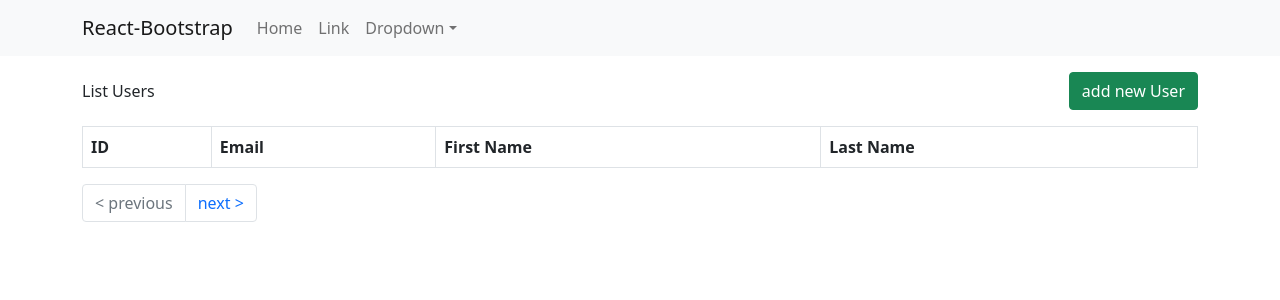
Repository: hieuche123/practice-reactjs
Page: /
The author's editor kept a copy of each file at every save. The page is drawn from the files as they stood at one save, then again after the next save.
The browser window is 1280 px wide. The pictures show the whole page.
The page's requests for data from a server got no answer. The project was rebuilt for these pictures with package versions that can differ from the ones it lists, and the page was loaded fresh each time. No one was signed in, and anything a server would have sent is missing.

Above is the page before, as saved 2023-03-21 22:44:19.

### src/index.js
import React from 'react';
import ReactDOM from 'react-dom';
import App from './App';
import 'bootstrap/dist/css/bootstrap.min.css';
import 'react-toastify/dist/ReactToastify.css';

ReactDOM.render(
  <React.StrictMode>
    <App />
  </React.StrictMode>,
  document.getElementById('root')
);

// If you want to start measuring performance in your app, pass a function
// to log results (for example: reportWebVitals(console.log))
// or send to an analytics endpoint. Learn more: https://bit.ly/CRA-vitals

### src/App.js
import React, { useState } from 'react';
import { Container } from 'react-bootstrap';
import './App.scss';
import Header from './components/Header';
import TableUsers from './components/TableUsers';
import { ToastContainer } from 'react-toastify';

function App() {

  const handleShow = () => setShowModalAddNew(true);
  return (
    <>
      <div className="app-container">
        <Header/>
        <Container>
          <div className='add-new my-3'>
           <span> List Users</span>
            <button className='btn btn-success' onClick={handleShow}>add new User</button>
          </div>
          <TableUsers/>
        </Container>


      </div>
      <ToastContainer
        position="top-right"
        autoClose={5000}
        hideProgressBar={false}
        newestOnTop={false}
        closeOnClick
        rtl={false}
        pauseOnFocusLoss
        draggable
        pauseOnHover
        theme="light"
        />
        {/* Same as */}
      <ToastContainer />
    </>
  );
}

export default App;

### src/App.scss
body {
  margin: 0;
  font-family: -apple-system, BlinkMacSystemFont, 'Segoe UI', 'Roboto', 'Oxygen',
    'Ubuntu', 'Cantarell', 'Fira Sans', 'Droid Sans', 'Helvetica Neue',
    sans-serif;
  -webkit-font-smoothing: antialiased;
  -moz-osx-font-smoothing: grayscale;
}

code {
  font-family: source-code-pro, Menlo, Monaco, Consolas, 'Courier New',
    monospace;
}

.add-new {
  display: flex;
  align-items: center;
  justify-content: space-between;
}

### src/components/Header.js
import Container from 'react-bootstrap/Container';
import Nav from 'react-bootstrap/Nav';
import Navbar from 'react-bootstrap/Navbar';
import NavDropdown from 'react-bootstrap/NavDropdown';
function Header() {
    return (
        <>
            <Navbar bg="light" expand="lg">
                <Container>
                    <Navbar.Brand href="#home">React-Bootstrap</Navbar.Brand>
                    <Navbar.Toggle aria-controls="basic-navbar-nav" />
                    <Navbar.Collapse id="basic-navbar-nav">
                    <Nav className="me-auto">
                        <Nav.Link href="#home">Home</Nav.Link>
                        <Nav.Link href="#link">Link</Nav.Link>
                        <NavDropdown title="Dropdown" id="basic-nav-dropdown">
                        <NavDropdown.Item href="#action/3.1">Action</NavDropdown.Item>
                        <NavDropdown.Item href="#action/3.2">
                            Another action
                        </NavDropdown.Item>
                        <NavDropdown.Item href="#action/3.3">Something</NavDropdown.Item>
                        <NavDropdown.Divider />
                        <NavDropdown.Item href="#action/3.4">
                            Separated link
                        </NavDropdown.Item>
                        </NavDropdown>
                    </Nav>
                    </Navbar.Collapse>
                </Container>
            </Navbar>
        </>
    );
}

export default Header;

### src/components/TableUsers.js
import axios from 'axios';
import { useEffect, useState } from 'react';
import ModalAddNew from './ModalAddNew';
import Table from 'react-bootstrap/Table';
import {fetchAllUser} from '../sevices/UserSevice'
import ReactPaginate from 'react-paginate';
function TableUsers(props) {
    const [listUsers, setListUsers] = useState([]);
    const [totalUsers, setTotalUsers] = useState(0);
    const [totalPages, setTotalPages] = useState(0);
    const [showModalAddNew, setShowModalAddNew] = useState(false);
    const handleClose = () => setShowModalAddNew(false);

    useEffect(()=> {
        getUsers(1);
    },[])

    const getUsers = async(page) => {
        let res = await fetchAllUser(page);
        if(res && res.data) {
            setListUsers(res.data);
            setTotalUsers(res.total);
            setTotalPages(res.total_pages);
            console.log(res.data)
        }
        console.log(res)
    }

    const handlePageClick = (event) => {
        getUsers(+event.selected + 1);

      };

    return (
        <>
            <Table striped bordered hover>
                <thead>
                    <tr>
                    <th>ID</th>
                    <th>Email</th>
                    <th>First Name</th>
                    <th>Last Name</th>
                    </tr>
                </thead>
                <tbody>
                    {listUsers && listUsers.length > 0 &&
                        listUsers.map((item, index) => {
                            return (
                                <tr key={item.id}>
                                    <th>{item.id}</th>
                                    <th>{item.email}</th>
                                    <th>{item.first_name}</th>
                                    <th>{item.last_name}</th>
                                </tr>
                            )
                        })

                    }
                </tbody>
            </Table>
            <ReactPaginate
                breakLabel="..."
                nextLabel="next >"
                onPageChange={handlePageClick}
                pageRangeDisplayed={5}
                pageCount={totalPages}
                previousLabel="< previous"

                pageClassName='page-item'
                pageLinkClassName='page-link'
                previousClassName='page-item'
                previousLinkClassName='page-link'
                nextClassName='page-item'
                nextLinkClassName='page-link'
                breakClassName='page-item'
                breakLinkClassName='page-link'
                containerClassName='pagination'
                activeClassName='active'
            />

            <ModalAddNew
                show={showModalAddNew}
                handleClose={handleClose}
            />


        </>
    );
}

export default TableUsers;

### src/components/ModalAddNew.js
import Button from 'react-bootstrap/Button';
import Modal from 'react-bootstrap/Modal';
import { toast } from 'react-toastify';
import { useState } from 'react';
import { postCreateUser } from '../sevices/UserSevice';
function ModalAddNew(props) {
  const {show, handleClose, handleShow} = props
  const [name, setName] = useState('');
  const [job, setJob] = useState('');

  const handleSaveUser = async() => {
    let res = await postCreateUser(name, job)

    if(res && res.id) {
      //success
      handleClose();
      setName('');
      setJob('');
      toast.success("a user is created success!");

    }else {

    }
  }


  return (
    <>
      <Modal show={show} onHide={handleClose}>
        <Modal.Header closeButton>
          <Modal.Title>Add new user</Modal.Title>
        </Modal.Header>
        <Modal.Body>
          <div className='body-add-new'>
            <div className="mb-3">
              <label className='form-lable'>Name</label>
              <input  className='form-control' type="text"value={name} onChange={(e)=>{setName(e.target.value)}} placeholder="Enter email" />
            </div>

            <div className="mb-3">
              <label className='form-lable'>Job</label>
              <input className='form-control' type="text"value={job} onChange={(e)=>{setJob(e.target.value)}} placeholder="Enter email" />
            </div>
          </div>
        </Modal.Body>
        <Modal.Footer>
          <Button variant="secondary" onClick={handleClose}>
            Close
          </Button>
          <Button variant="primary" onClick={()=> {handleSaveUser()}}>
            Save Changes
          </Button>
        </Modal.Footer>
      </Modal>
    </>
  );
}

export default ModalAddNew;

### src/sevices/UserSevice.js
import axios from './CustomizeAxios';

const fetchAllUser = (page) => {
    return axios.get(`/api/users?page=${page}`)
}

const postCreateUser = (name, job) => {
    return axios.post(`/api/users`,{name: name, job: job})
}



export {fetchAllUser, postCreateUser};

### src/sevices/CustomizeAxios.js
import axios from "axios";

const instance = axios.create({
    baseURL: 'https://reqres.in'
})

// Add a response interceptor
instance.interceptors.response.use(function (response) {
    // Any status code that lie within the range of 2xx cause this function to trigger
    // Do something with response data
    return response.data;
  }, function (error) {
    // Any status codes that falls outside the range of 2xx cause this function to trigger
    // Do something with response error
    return Promise.reject(error);
  });
export default instance;

Loaded but not shown: public/index.html (common file)

After the next save:
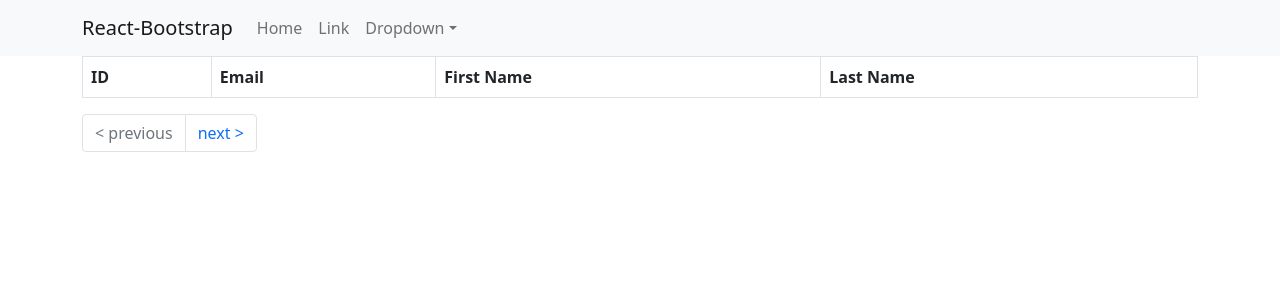
Saved 109 s later.
--- a/src/App.js
+++ b/src/App.js
@@ -13,10 +13,6 @@ function App() {
       <div className="app-container">
         <Header/>
         <Container>
-          <div className='add-new my-3'>
-           <span> List Users</span>
-            <button className='btn btn-success' onClick={handleShow}>add new User</button>
-          </div>
           <TableUsers/>
         </Container>
 

After the 4 saves that followed:
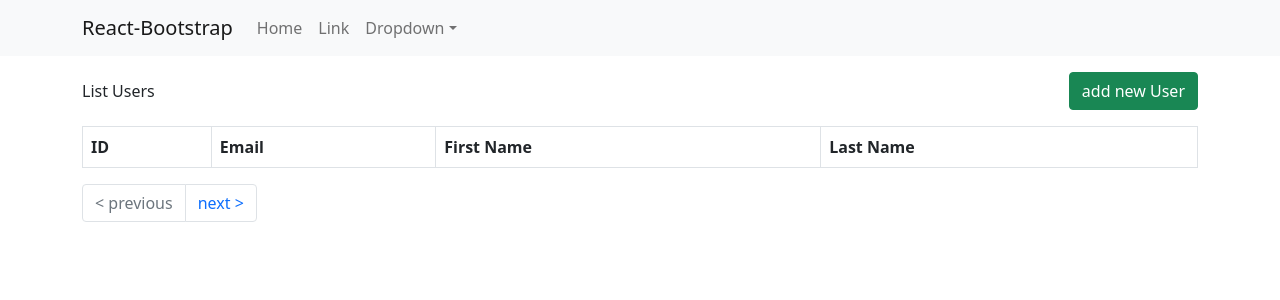
The 4 saves are shown as one change because 3 did not build or start.
The last was saved 91 s later.
--- a/src/App.js
+++ b/src/App.js
@@ -7,7 +7,6 @@ import { ToastContainer } from 'react-toastify';
 
 function App() {
 
-  const handleShow = () => setShowModalAddNew(true);
   return (
     <>
       <div className="app-container">
--- a/src/components/TableUsers.js
+++ b/src/components/TableUsers.js
@@ -10,6 +10,7 @@ function TableUsers(props) {
     const [totalPages, setTotalPages] = useState(0);
     const [showModalAddNew, setShowModalAddNew] = useState(false);
     const handleClose = () => setShowModalAddNew(false);
+    const handleShow = () => setShowModalAddNew(true);
 
     useEffect(()=> {
         getUsers(1);
@@ -33,6 +34,10 @@ function TableUsers(props) {
 
     return (
         <>
+            <div className='add-new my-3'>
+                <span> List Users</span>
+                <button className='btn btn-success' onClick={handleShow}>add new User</button>
+            </div>
             <Table striped bordered hover>
                 <thead>
                     <tr>
